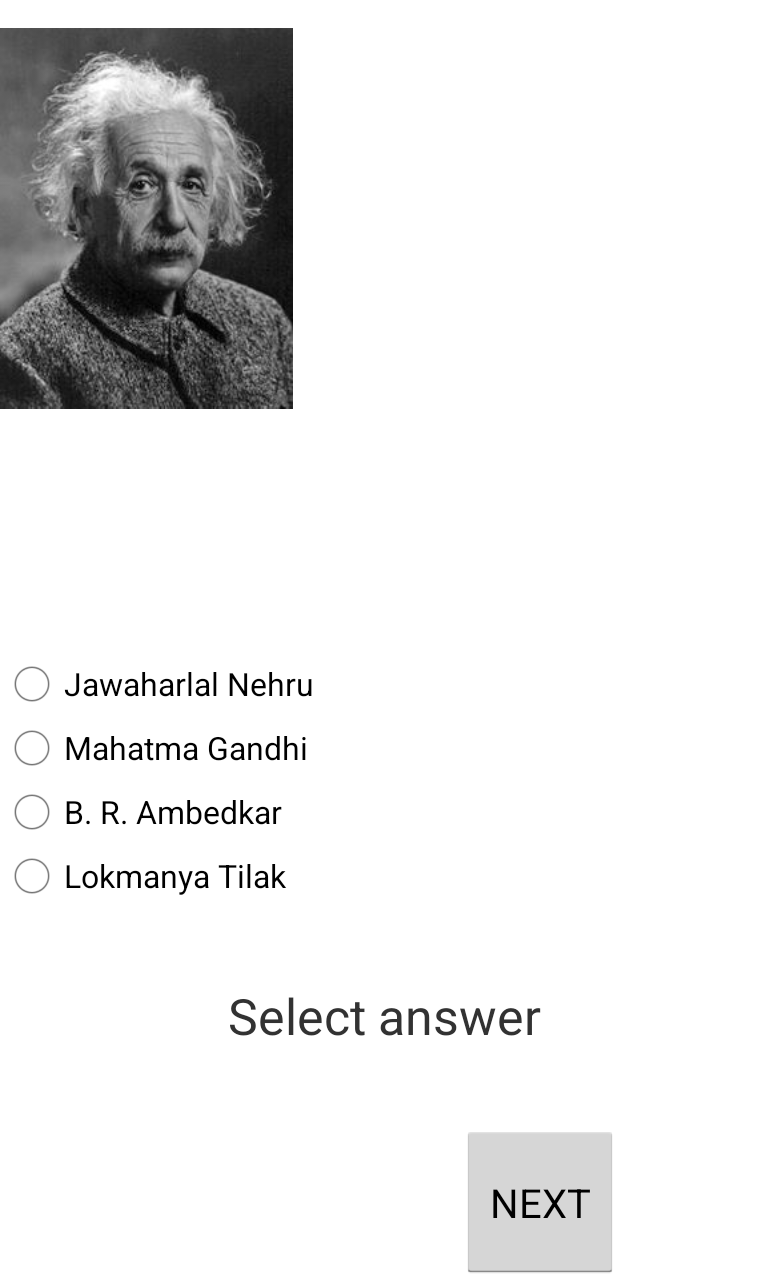
Repository: rupaligarje123/aakash
Layout: androidphotoquiz/FunChem1/photoquiz/res/layout/que2.xml
These files come from the project's save history. The layout is drawn as it stood at one moment and after the next save; the edit follows.
It is drawn on a 768 x 1280 px phone screen (xhdpi) without system bars, with theme AppTheme; the app's code is not run.

Above is the layout before, as saved 2013-04-18 10:51:02.

### androidphotoquiz/FunChem1/photoquiz/res/layout/que2.xml
<?xml version="1.0" encoding="utf-8"?>
<LinearLayout xmlns:android="http://schemas.android.com/apk/res/android"
    android:layout_width="match_parent"
    android:layout_height="wrap_content"
    android:orientation="vertical" >

    <ImageView
        android:id="@+id/imageView1"
        android:layout_width="wrap_content"
        android:layout_height="wrap_content"
        android:layout_weight="1"
        android:gravity="center"
        android:src="@drawable/pic2" />

    <TextView
        android:id="@+id/editText1"
        android:layout_width="match_parent"
        android:layout_height="80sp"
        android:layout_weight="1"
        android:gravity="center"
        android:text=""
        android:textSize="25sp" >
    </TextView>
<RadioGroup
    android:layout_width="fill_parent"
    android:layout_height="wrap_content"
    android:orientation="vertical">
    >
    <RadioButton
        android:id="@+id/rd401"
        android:layout_width="match_parent"
        android:layout_height="0dp"
        android:layout_weight="1"
        android:text="Jawaharlal Nehru" />

    <RadioButton
        android:id="@+id/rd402"
        android:layout_width="match_parent"
        android:layout_height="0dp"
        android:layout_weight="1"
        android:text="Mahatma Gandhi" />

    <RadioButton
        android:id="@+id/rd403"
        android:layout_width="match_parent"
        android:layout_height="0dp"
        android:layout_weight="1"
        android:text="B. R. Ambedkar" />

    <RadioButton
        android:id="@+id/rd404"
        android:layout_width="match_parent"
        android:layout_height="0dp"
        android:layout_weight="1"
        android:text="Lokmanya Tilak " />
    </RadioGroup>
   <TextView
        android:id="@+id/tvr4"
        android:layout_width="match_parent"
        android:layout_height="80sp"
        android:layout_weight="1"
        android:gravity="center"
        android:text="@string/Result"
        android:textSize="25sp" >
    </TextView>
    <Button
        android:id="@+id/bn4"
        android:layout_width="80sp"
        android:layout_height="50sp"
        android:layout_weight="1"
        android:text="NEXT"
        android:textSize="20sp"
        android:layout_marginLeft="230sp"

        />
</LinearLayout>

### androidphotoquiz/FunChem1/photoquiz/res/values/strings.xml
<?xml version="1.0" encoding="utf-8"?>
<resources>

    <string name="app_name">FunChem</string>
    <string name="action_settings">Settings</string>
    <string name="hello_world">Identify Image</string>
    <string name="Result">Select answer</string>
    <string name="string1">Start</string>

</resources>

Loaded but not shown: androidphotoquiz/FunChem1/photoquiz/res/values/styles.xml (common file); androidphotoquiz/FunChem1/photoquiz/res/values-v11/styles.xml (common file); androidphotoquiz/FunChem1/photoquiz/res/values-v14/styles.xml (common file)

After the next save:
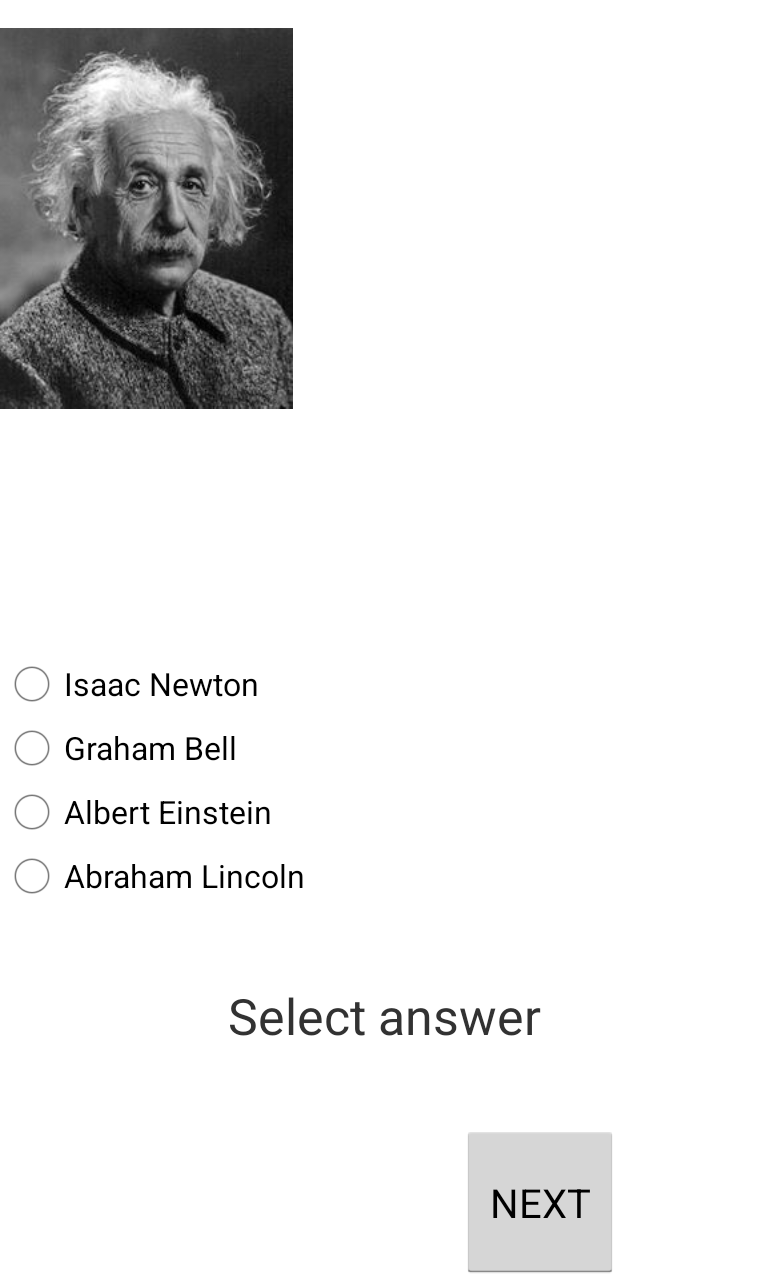
Saved 113 s later.
--- a/androidphotoquiz/FunChem1/photoquiz/res/layout/que2.xml
+++ b/androidphotoquiz/FunChem1/photoquiz/res/layout/que2.xml
@@ -27,35 +27,35 @@
     android:orientation="vertical">
     >
     <RadioButton
-        android:id="@+id/rd401"
+        android:id="@+id/rd201"
         android:layout_width="match_parent"
         android:layout_height="0dp"
         android:layout_weight="1"
-        android:text="Jawaharlal Nehru" />
+        android:text="Isaac Newton" />
 
     <RadioButton
-        android:id="@+id/rd402"
+        android:id="@+id/rd202"
         android:layout_width="match_parent"
         android:layout_height="0dp"
         android:layout_weight="1"
-        android:text="Mahatma Gandhi" />
+        android:text="Graham Bell" />
 
     <RadioButton
-        android:id="@+id/rd403"
+        android:id="@+id/rd203"
         android:layout_width="match_parent"
         android:layout_height="0dp"
         android:layout_weight="1"
-        android:text="B. R. Ambedkar" />
+        android:text="Albert Einstein" />
 
     <RadioButton
-        android:id="@+id/rd404"
+        android:id="@+id/rd204"
         android:layout_width="match_parent"
         android:layout_height="0dp"
         android:layout_weight="1"
-        android:text="Lokmanya Tilak " />
+        android:text="Abraham Lincoln" />
     </RadioGroup>
    <TextView
-        android:id="@+id/tvr4"
+        android:id="@+id/tvr2"
         android:layout_width="match_parent"
         android:layout_height="80sp"
         android:layout_weight="1"
@@ -64,7 +64,7 @@
         android:textSize="25sp" >
     </TextView>
     <Button
-        android:id="@+id/bn4"
+        android:id="@+id/bn2"
         android:layout_width="80sp"
         android:layout_height="50sp"
         android:layout_weight="1"
